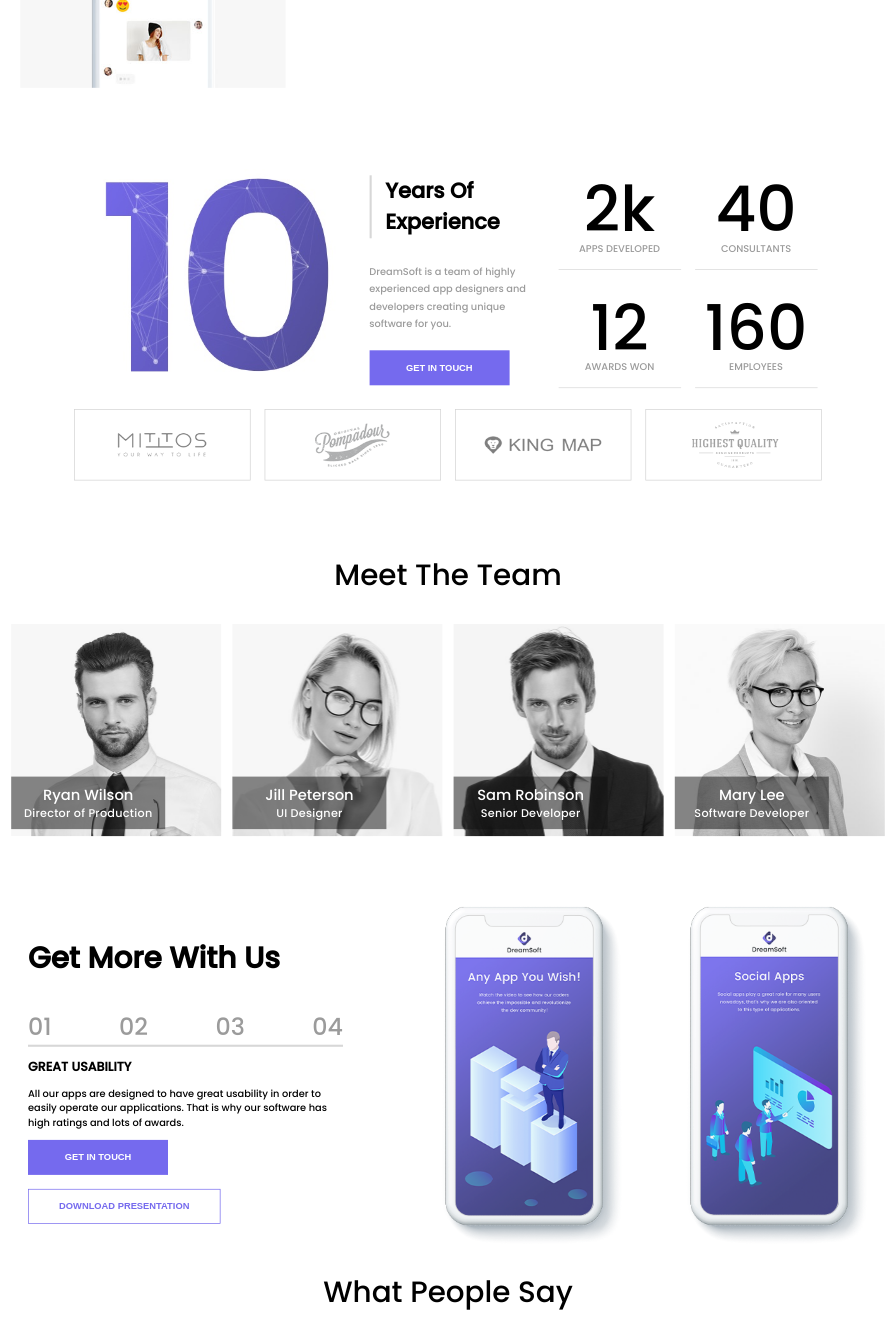
Repository: kkyler24/ladders-bootcamp-awesome
Page: index.html
An editor plug-in stored every save of this project. The page is shown before and after the next save, followed by the edit.
The browser window is 1280 px wide. The pictures show the part of the page from y = 2739 to 4659 px (the page is 7358 px tall before and 7408 px after), at 70% of full size.

Above is the page before, as saved 2021-03-20 12:35:03.

### index.html
<!DOCTYPE html>
<html lang="en">
  <head>
    <meta charset="UTF-8" />
    <meta name="viewport" content="width=device-width, initial-scale=1.0" />
    <link rel="stylesheet" href="style.css" />
    <link rel="stylesheet" href="kstyle.css" />
    <link rel="preconnect" href="https://fonts.gstatic.com">
    <link href="https://fonts.googleapis.com/css2?family=Poppins:wght@500&display=swap" rel="stylesheet">
    <title>Demo</title>
  </head>
  <body>
    <header></header>
    <nav class="container-nav">
      <a class="logopic">
        <img src="./img/jumbotron/logo-default-191x52.png" alt="MCLA LOGO"   height="63.99" width="220">
      </a>
      <div class="nav-link">
      <ul>
        <li class=" list-inline">
          <a href="./index.html">Home</a>
        </li>
        <li class="nav-item active list-inline">
          <a href="./index.html">About Us</a>
        </li>
        <li class="nav-item active list-inline">
          <a href="./index.html">Gallery</a>
        </li>
        <li class="nav-item active list-inline">
          <a href="./index.html">Pricing</a>
        </li>
        <li class="nav-item active list-inline">
          <a href="./index.html">Blog</a>
        </li>
      </ul>
    </div>
      <!-- <button></button> -->

    </nav>
    <!-- jumbotron 3 slides -->
    <div id="jumbotron" class="carousel">
      <!-- <ul class ="carousel-indicators">
          <li data-target="#carouselExampleCaptions" data-slide-to="0" class="active"></li>
          <li data-target="#carouselExampleCaptions" data-slide-to="1"></li>
          <li data-target="#carouselExampleCaptions" data-slide-to="2"></li>
          <li data-target="#carouselExampleCaptions" data-slide-to="3"></li>
      </ul> -->
      <div class="container-jumbo">
          <div class="carousel-item">
              <img id="jumboimgOne"src="./img/jumbotron/jess-bailey-q10VITrVYUM-unsplash.jpg"  alt="..." />
              <div class="jumboheadline">
                <h2 class="jumbotext">Mobile App Development</h2><br>
                  <div id="indext">
                    <p class="jumboPara"> Since our establishment, we have delivering high-quality and sutainable <br> software solutions for corporate purpose of worldwide business.</p>
                  </div>

              </div>
          </div>
          <!-- <div class="carousel-item">
              <img src="Assets/diversity2gether.jpg" class="d-block w-100" alt="..." />
              <div class="carousel-caption d-none d-md-block">
                  <h5>We Celebrate diversity</h5>
              </div>
          </div>
          <div class="carousel-item">
              <img src="Assets/womensrights.jpg" class="d-block w-100" alt="..." />
              <div class="carousel-caption d-none d-md-block">
                  <h5> We charise our choices</h5>
              </div>
          </div>
          <div class="carousel-item">
              <img src="Assets/climate.jpg" class="d-block w-100" alt="..." />
              <div class="carousel-caption d-none d-md-block">
                  <h5> We protect whats ours</h5>
              </div> -->
          </div>
      </div>
  </div>
  <!-- <a class="carousel-control-prev" href="#carouselExampleCaptions" role="button" data-slide="prev">
      <span class="carousel-control-prev-icon" aria-hidden="true"></span>
      <span class="sr-only">Previous</span>
  </a>
  <a class="carousel-control-next" href="#carouselExampleCaptions" role="button" data-slide="next">
      <span class="carousel-control-next-icon" aria-hidden="true"></span>
      <span class="sr-only">Next</span>
  </a> -->
</div>

    </section>

    <section class="all-service-section">
      <!-- see all services -->
          <div class="all-services-img">
            <img src="https://ld-wt73.template-help.com/wt_prod-18959/images/index-1-415x592.jpg" alt="" width="415" height="592">
          </div>

          <div class="all-services-container">

              <div class="corporate-solutions-block">
                <h3 class="all-services-h3">See All Services</h3>
                <button class="all-services-button">All Services</button>
              </div>
              <div class="corporate-solutions-block">
                <img src="./img/icon-phone.PNG" alt="">
                <h4 class="services-title-h4">CORPORATE SOLUTIONS</h4>
                <p class="corporate-solutions-text">Need specific software for your company? We are ready to develop it!</p>
              </div>
              <div class="corporate-solutions-block">
                <img src="./img/icon-headset.PNG" alt="">
                <h4 class="services-title-h4">CALL CENTER SOLUTIONS</h4>
                <p class="corporate-solutions-text">Our experts provide custom products of any complexity for call centers.</p>
              </div>
              <div class="corporate-solutions-block">
                <img src="./img/icon-cloud-box.PNG" alt="">
                <h4 class="services-title-h4">CLOUD DEVELOPMENT</h4>
                <p class="corporate-solutions-text">We can also offer you reliable cloud development solutions.</p>
              </div>

          </div>
    </section>

    <section id="sectThree" class="container-fluid">
      <!-- latest Projects -->
      <div class="latestPro">
        <h1 id="latestPro"> Latest Projects</h1>
        <p id="latestPara">In our portfolio, you can browse the latest products developed for our clients for different corporate purposes. Our qualified team of interface designers and software developers is always ready to create something unique for you.</p>
        <ul id="latestRow">
         <li class="latestButtons"><button>All</button></li>
         <li class="latestButtons"><button>Mobile Apps</button></li>
         <li class="latestButtons"><button>custom Software</button></li>
         <li class="latestButtons"><button>QA & Testing</button></li>
         <li class="latestButtons"><button id="uxli">UX and Design</button></li>
        </ul>
      </div>
    </section>
    <div class="latestGallery img-fluid">
      <img src="./img/latestsection/1fullwidth-gallery-1-420x350.jpg" alt="">
      <img src="./img/latestsection/2fullwidth-gallery-2-420x350.jpg" alt="">
      <img src="./img/latestsection/3fullwidth-gallery-3-420x350.jpg" alt="">
      <img src="./img/latestsection/4fullwidth-gallery-4-420x350.jpg" alt="">
      <img src="./img/latestsection/5fullwidth-gallery-5-420x350.jpg" alt="">
      <img src="./img/latestsection/6fullwidth-gallery-6-420x350.jpg" alt="">
      <img src="./img/latestsection/7fullwidth-gallery-7-420x350.jpg" alt="">
    </div>

    <section class="achievements-section">
      <!-- achievements -->
      <figure>
      <img src="./img/10.jpg" alt="Animated number ten" height="300" />
      </figure>
      <div class="years-of-experience-container">
        <h1>Years Of Experience</h1>
        <p>
          DreamSoft is a team of highly experienced app designers and developers
          creating unique software for you.
        </p>
        <button class="get-in-touch-button">Get in touch</button>
      </div>
      <div class="achievements-numbers-container">
        <div class="achievements-numbers-block">
          <h2>2k</h2>
          <p>APPS DEVELOPED</p>
        </div>
        <div class="achievements-numbers-block">
          <h2>40</h2>
          <p>CONSULTANTS</p>
        </div>
        <div class="achievements-numbers-block">
          <h2>12</h2>
          <p>AWARDS WON</p>
        </div>
        <div class="achievements-numbers-block">
          <h2>160</h2>
          <p>EMPLOYEES</p>
        </div>
      </div>
      <div class="logo-links-container">
        <figure>
          <img src="./img/clients-9-270x117.png" alt="Mittos Logo" >
        </figure>
        <figure>
          <img src="./img/clients-10-270x117.png" alt="Pompadour Logo" >
        </figure>
        <figure>
          <img src="./img/clients-3-270x117.png" alt="King Map Logo" >
        </figure>
        <figure>
          <img src="./img/clients-11-270x117.png" alt="Highest Quality Logo" >
        </figure>
      </div>
    </section>

    <section class="meet-the-team-section">
      <!-- meet the team -->
      <h2 class="meet-the-team-h2">Meet The Team</h2>

      <div class="meet-the-team-main-container">

          <div class="meet-team-block">
            <img src="./img/ryan-wilson.jpg" alt="">

            <div class="meet-team-text-block">
              <h4 class="meet-the-team-h4">Ryan Wilson</h4>
              <p class="meet-the-team-p">Director of Production</p>
            </div>
          </div>
          <div class="meet-team-block">
            <img src="./img/jill-peterson.jpg" alt="">

            <div class='meet-team-text-block'>
              <h4 class="meet-the-team-h4">Jill Peterson</h4>
              <p class="meet-the-team-p">UI Designer</p>
            </div>
          </div>
          <div class="meet-team-block">
            <img src="./img/sam-robinson.jpg" alt="">

            <div class='meet-team-text-block'>
              <h4 class="meet-the-team-h4">Sam Robinson</h4>
              <p class="meet-the-team-p">Senior Developer</p>
            </div>
          </div>
          <div class="meet-team-block">
            <img src="./img/mary-lee.jpg" alt="">

            <div class='meet-team-text-block'>
              <h4 class="meet-the-team-h4">Mary Lee</h4>
              <p class="meet-the-team-p">Software Developer</p>
            </div>
          </div>

      </div>
    </section>

    <section class="get-more-with-us-section">
      <!-- Get more with us -->
      <section class="get-more-with-us">
        <h1>Get More With Us</h1>
        <div class="numbers">
          <p>01</p>
          <p>02</p>
          <p>03</p>
          <p>04</p>
        </div>
        <h2>GREAT USABILITY</h2>
        <p class="get-more-about-project">
          All our apps are designed to have great usability in
          order to easily operate our applications.
          That is why our software has high ratings and lots of awards.
        </p>
        <button class="get-in-touch-button">Get in touch</button>
        <button class="download-presentation-button">Download presentation</button>
      </section>
      <img src="img/index-4-261x484.png" alt="Screen with Any App You Wish">
      <img src="img/index-5-261x484.png" alt="Screen with Socia Apps">
    </section>

    <section class="what-people-say-section">
      <!-- What People Say -->
      <h2 class="what-people-say-h2">What People Say</h2>

      <div class="what-people-say-main-container">

        <div class="client-container">
          <img src="./img/catherine-wilson.jpg" alt="">
          <div class="client-title">
            <h4 class="client-name-h4">Catherine Williams</h4>
            <p>Regular client</p>
          </div>
          <div class="client-body">
            <p class="client-body-p">DreamSoft offers a high caliber of resources skilled
            in Microsoft Azure .NET, mobile and Quality Assurance. They
            became our true business partners over the past three years.</p>
          </div>
        </div>
        <div class="client-container">
          <img src="./img/rupert-woods.jpg" alt="">
          <div class="client-title">
            <h4 class="client-name-h4">Rupert Wood</h4>
            <p>Regular client</p>
          </div>
          <div class="client-body">
            <p class="client-body-p">DreamSoft powered us with a competent team to develop
            products for banking services. The team has been delivering
            results within budget and time, which is amazing.</p>
          </div>
        </div>
        <div class="client-container">
          <img src="./img/samantha-brown.jpg" alt="">
          <div class="client-title">
            <h4 class="client-name-h4">Samantha Brown</h4>
            <p>Regular client</p>
          </div>
          <div class="client-body">
            <p class="client-body-p">DreamSoft is a highly skilled and uniquely capable
            firm with multitudes of talent on-board. We have
            results within budget and time, which is amazing.
            collaborated on a number of diverse projects that
            have been a great success.</p>
          </div>
        </div>

      </div>

    </section>

    <section class="latest-blog-posts-section">
      <h2 class="what-people-say-h2">Latest Blog Posts</h2>
      <div class="posts-container">
        <div class="post-block">
          <figure>
          <img class="post-cover" src="img/post-10-370x307.jpg">
          <img class="post-date-label" src="img/label.svg">
          <p class="post-label-date">07/04</p>
          </figure>
          <h4 class="block-post-h4">Benefits Of Async/Await</h4>
            <p class="blog-post-p">
            Asynchronous functions are a good and bad thing in JavaScript.
            The good side is that asynchronous functions are non-blocking and…
            </p>
        </div>
        <div class="post-block">
          <figure>
          <img class="post-cover" src="img/post-11-370x307.jpg">
          <img class="post-date-label" src="img/label.svg">
          <p class="post-label-date">07/17</p>
          </figure>
          <h4 class="block-post-h4">Key Considerations Of IPaaS</h4>
            <p class="blog-post-p">
              Digital transformation requires cloud appropriate adoption,
              legacy IT systems modernization, and Agile-based methodologies for faster…
            </p>
        </div>
        <div class="post-block">
          <figure>
          <img class="post-cover" src="img/post-12-370x307.jpg">
          <img class="post-date-label" src="img/label.svg">
          <p class="post-label-date">07/22</p>
          </figure>
          <h4 class="block-post-h4">Hibernate Query Language</h4>
            <p class="blog-post-p">
              In this tutorial, we will discuss the
              Hibernate Query Language. HQL is an object-oriented query language.
              Hibernate Query...
            </p>
        </div>
      </div>
    </section>

    <footer>
      <!-- contacts and info -->
      <section class="footer-contacts">
        <img src="img/logo-inverse-191x52.png" alt="DreamSoft Logo">
        <p class="about-company">
          Our company has been developing high-quality and reliable software
          for corporate needs since 2008. We are renowned professionals of
          software development.</p>
        <div class="address-block-container">
          <div class="one-contact-block">
            <h2>ADDRESS</h2>
            <p>4730 Crystal Springs Dr, Los Angeles, CA 90027</p>
          </div>
          <div class="one-contact-block">
            <h2>PHONES</h2>
            <p>
              <span class="changing-color">+1 323-913-4688</span>
              <span>,</span>
              <span class="changing-color">+1 323-888-4554</span>
            </p>
          </div>
          <div class="one-contact-block">
            <h2>E-MAILS</h2>
            <p>
              <span>info@demolink.org</span>
              <span>,</span>
              <span>mail@demolink.org</span>
            </p>
          </div>
          <div class="social-media-links-container">
            <img src="img/iconfinder_Circled_Facebook.svg" alt="Facebook Icon">
            <img src="img/iconfinder_Circled_Instagram.svg" alt="Facebook Icon">
            <img src="img/iconfinder_Circled_Linkedin.svg" alt="Facebook Icon">
            <img src="img/iconfinder_Circled_Twitter.svg" alt="Facebook Icon">
          </div>
        </div>
      </section>
      <form class="contact-form">
        <h1>Questions? Contact Us</h1>
        <input class="input-field-1" type="text" id="name" name="name" placeholder="Name"><br>
        <input class="input-field-1" type="text" id="email" name="email" placeholder="Email"><br>
        <input class="input-field-2" type="text" id="message" name="message" placeholder="Message"><br>
        <button class="send-message-button">Send message</button>
      </form>
      <section class="what-we-offer">
        <h1>What We Offer</h1>
        <div class="what-we-offer-container">
            <figure class="what-we-offer-item">
              <p>DB Management</p>
              <figure class="triangle"></figure>
            </figure>
            <figure class="what-we-offer-item">
              <p>IOS/MacOS</p>
              <figure class="triangle"></figure>
            </figure>
            <figure class="what-we-offer-item">
              <p>Android Apps</p>
              <figure class="triangle"></figure>
            </figure>
            <figure class="what-we-offer-item">
              <p>Windows Apps</p>
              <figure class="triangle"></figure>
            </figure>
            <figure class="what-we-offer-item">
              <p>UX/UI Apps</p>
              <figure class="triangle"></figure>
          </figure>
        </div>
        </section>
      </footer>
  </body>
</html>

### kstyle.css
html, body{
  overflow-x: hidden;


}

/* Navbar git  */
.container-nav {
  display: flex;
}

.list-inline {
  display: inline;
  list-style-type: none;
  padding-right: 10px;
  font-family: Georgia, "Times New Roman", Times, serif;
}

a.logopic {
  flex-flow: row;
  flex-grow: 3;
}

ul.li.a {
  font-family: "Poppins", sans-serif;
  font-weight: 500;
  color: black;
}

/* Jumbotron */
.jumboPara {
  text-align: center;
}

.jumbotron .container-jumbo {
  max-width: 100%;
  background-color: #222;
}

#jumbotron {
  padding: 30px 0px 30px 0px;
  max-width: 100%;
  text-align: center;
  background-color: transparent;
  overflow: hidden;
  font-family: "Raleway", Helvetica, Arial, sans-serif;
}

.container-jumbo {
  display: flex;
  width: 100%;
  margin: 0 auto;
  height: 561px;
}

.jumbotext {
  color: rgb(2, 2, 2);
  font-weight: 600;
  text-transform: uppercase;
  font-size: 60px;
}

.jumboheadline {
  display: flex;
  flex-direction: column;
  height: 506px;
  justify-content: flex-end;
}

#jumboimgOne {
  z-index: 0;
  position: absolute;
  display: flex;
  width: 100%;
  overflow-x: hidden;
}

.carousel-item {
  width: 100%;
}

.carousel-item,
.jumbotext,
#indext {
  position: relative;
  z-index: 2;
}

/* latest Section */

#sectThree{
  display: flex;
  font-family: "Poppins", sans-serif;
  text-align: center;
  width: 100%;
}

#latestPara{
 font-size: 18px;
 margin: auto 25% auto 25%;
 padding-top: 3%;
 max-width: ;
}

#latestPro{
  font-size: 45px;
  font-weight: lighter;
  margin-top: 2%;
  margin-bottom: 2%;
}

#latestRow{
display: flex;
justify-content: center;
margin: 3%;

}

#latestRow button{
  color: gray;
  font-weight: 200px;
  padding: 3%;
  margin: 5px;
  margin-right: 0px;
  height: 55px;
 font-size: 18px;
 letter-spacing: .1em;
 background-color: transparent;
 width: 165px;
 text-transform: uppercase;
 border-radius: 2px;
 border-top: transparent;
 border-left: transparent;
 border-bottom: transparent;
 border-right: 3px solid #cecdcd;
}
ul{
  padding: 0px;
}
#uxli{
  border-right: transparent;
}
li.latestButtons{
  list-style: none;
}

.latestGallery{
display: block;
 height:900px ;
  width: auto;
  margin-top: 10px;
  margin-bottom: 20%;

}

.latestGallery img{
  width: 30%;
  float: left;
  margin: 1.66%;

}

Loaded but not shown: style.css (628 lines, source omitted)

After the next save:
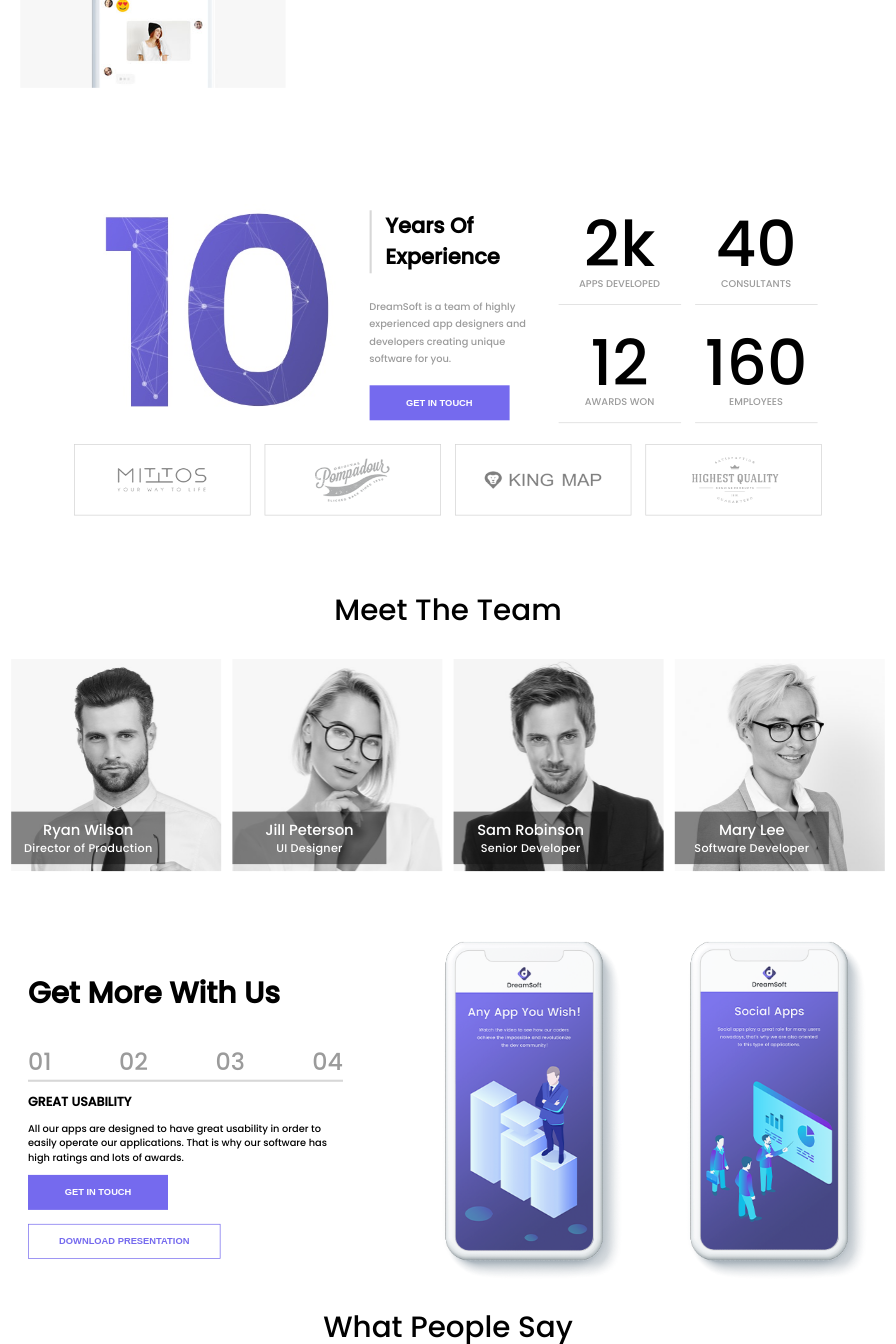
Saved 10 s later.
--- a/kstyle.css
+++ b/kstyle.css
@@ -146,7 +146,7 @@ li.latestButtons{
 
 .latestGallery{
 display: block;
- height:900px ;
+ height:950px ;
   width: auto;
   margin-top: 10px;
   margin-bottom: 20%;
